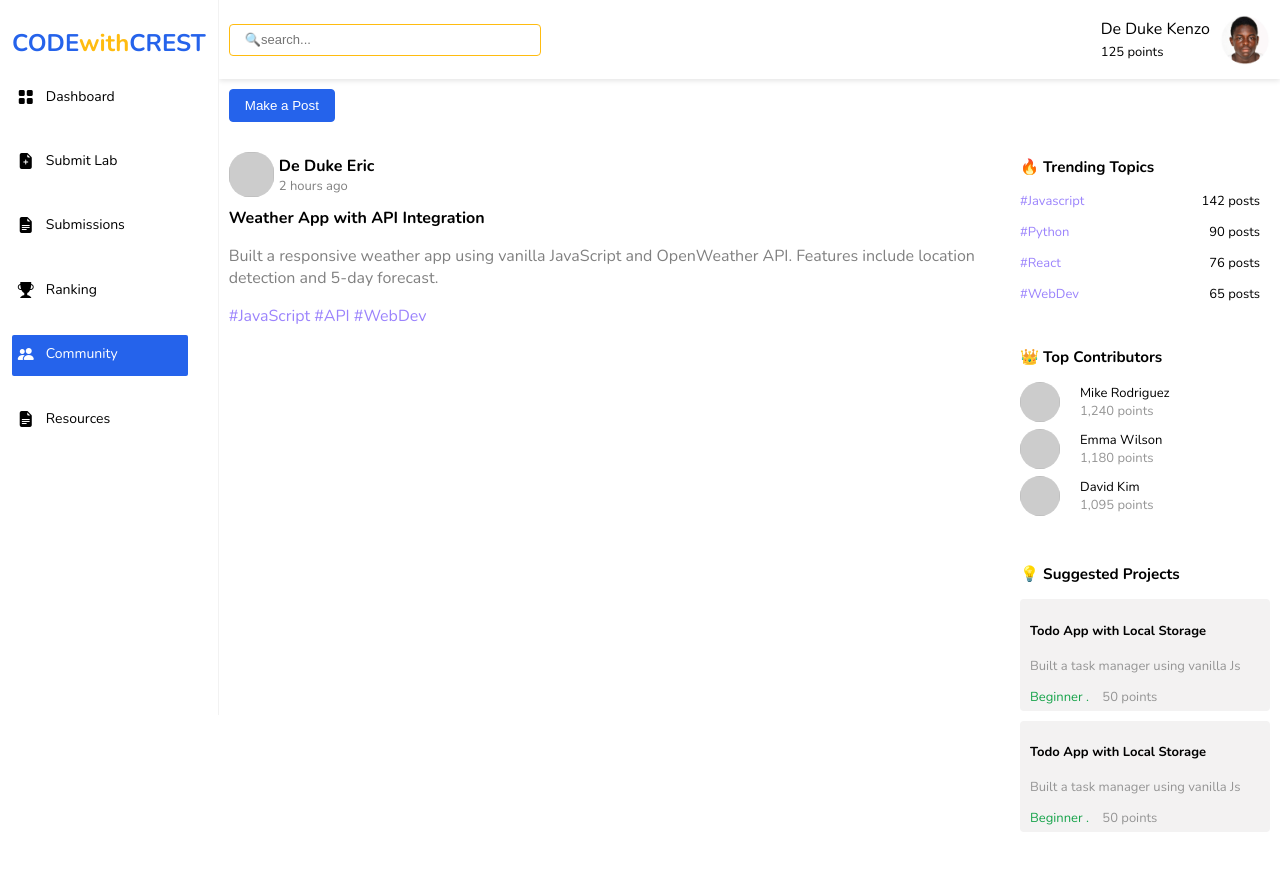
Repository: CarlTeclancing/codewithcrest
Page: /dashboard/community
The author's editor kept a copy of each file at every save. The page is drawn from the files as they stood at one save, then again after a run of saves.
The browser window is 1280 px wide. The pictures show the whole page.
The project was rebuilt for these pictures with package versions that can differ from the ones it lists, and the page was loaded fresh each time. Also part of the build but not shown: vite.config.js, src/pages/Dashboard/dashboard.css, globals.js, src/pages/Dashboard/Dashboard.jsx, src/pages/ranking/ranking.css, src/components/UserCard.jsx, src/pages/ranking/Ranking.jsx, src/components/GuideLines.jsx and 15 more.

Above is the page before, as saved 2025-09-09 14:07:27.

After the next 4 saves:
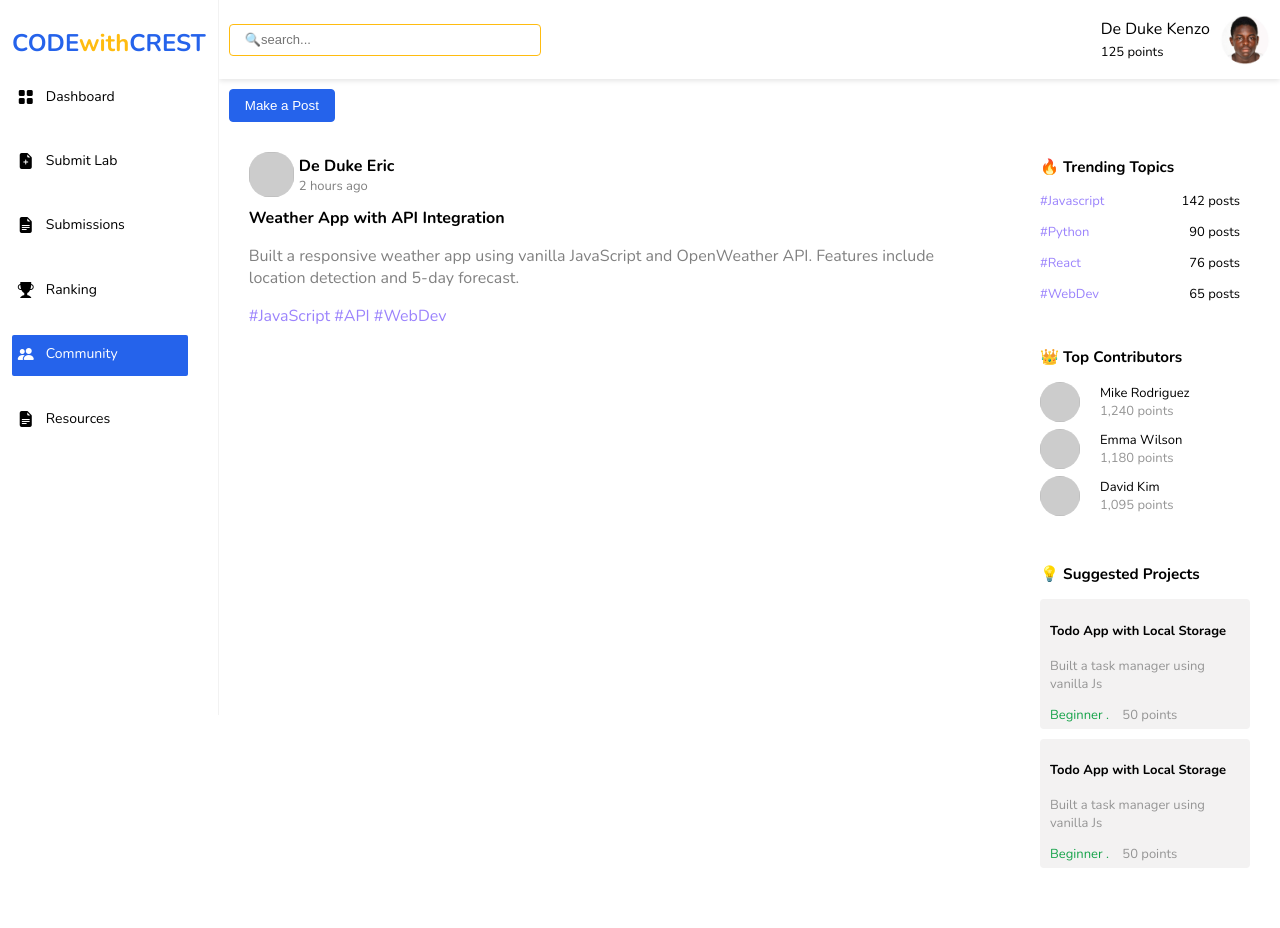
The 4 saves are shown as one change because they came seconds apart.
The last was saved 79 s later.
--- a/src/pages/community/community.css
+++ b/src/pages/community/community.css
@@ -109,6 +109,9 @@ input, textarea{
     align-items: center;
     gap: 5px;
 }
+.form-post{
+    padding: 0px 20px;
+}
 .post-profile img{
     width: 45px;
     height: 45px;
